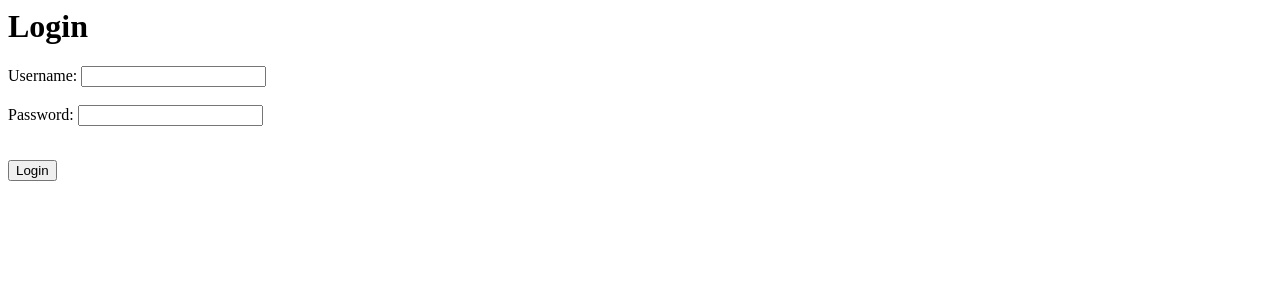
Repository: Sadiki/Expense_Reimbursement_System
Page: Ers_Project/src/main/webapp/partials/login.html
The author's editor kept a copy of each file at every save. The page is drawn from the files as they stood at one save, then again after the next save.
The browser window is 1280 px wide. The pictures show the whole page.

Above is the page before, as saved 2018-11-07 04:18:33.

After the next save:
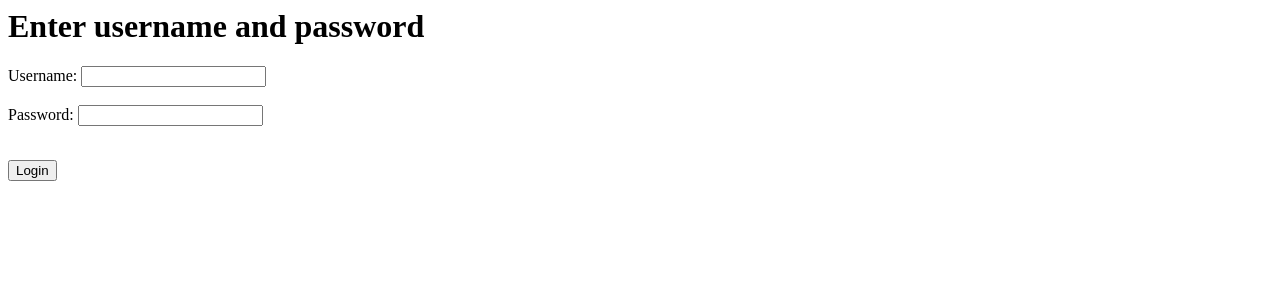
Saved 39 s later.
--- a/Ers_Project/src/main/webapp/partials/login.html
+++ b/Ers_Project/src/main/webapp/partials/login.html
@@ -1,7 +1,7 @@
 <div id='loginContainer'>
 	<div id='loginMenu'>
 		<form>
-			<h1>Login</h1>
+			<h1>Enter username and password</h1>
 			Username: <input id='username' class='register' type='text'>
 			<br />
 			<br />
